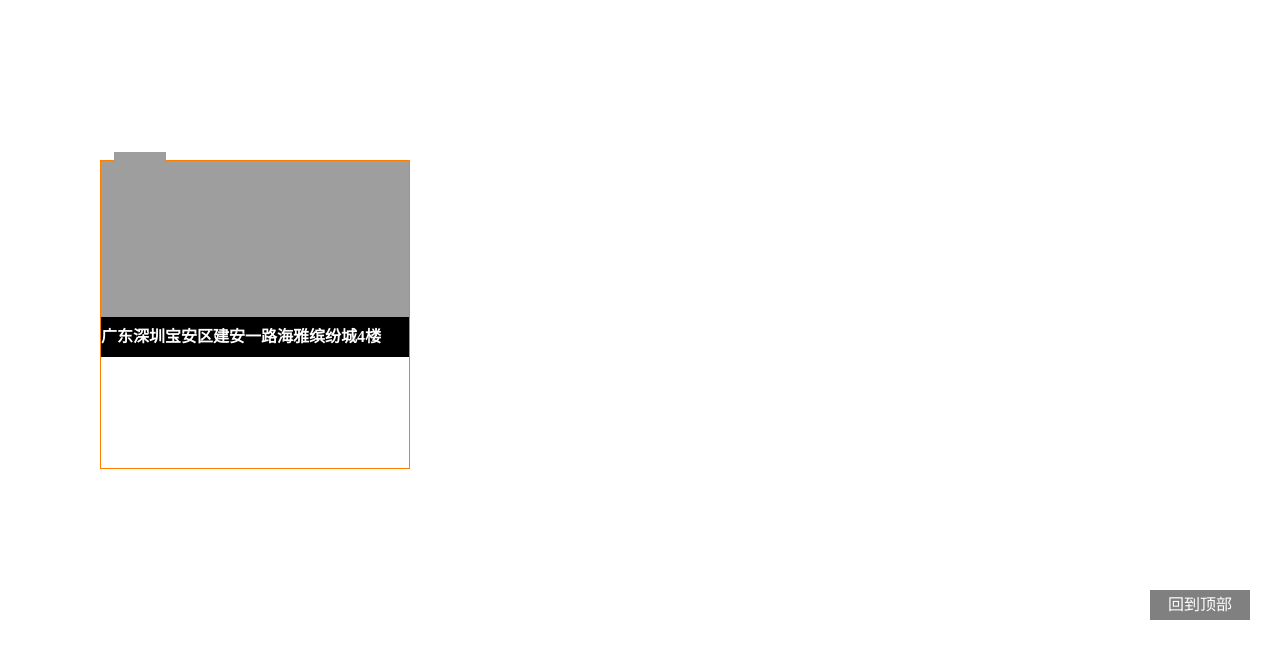
Repository: yuquan1006/-
Page: 02_css/08_定位属性.html
An editor plug-in stored every save of this project. The page is shown before and after the next save, followed by the edit.
The browser window is 1280 px wide. The pictures show the whole page.
Pictures or frames that could not be fetched are drawn as grey boxes.

Above is the page before, as saved 2023-06-28 16:35:59.

After the next save:
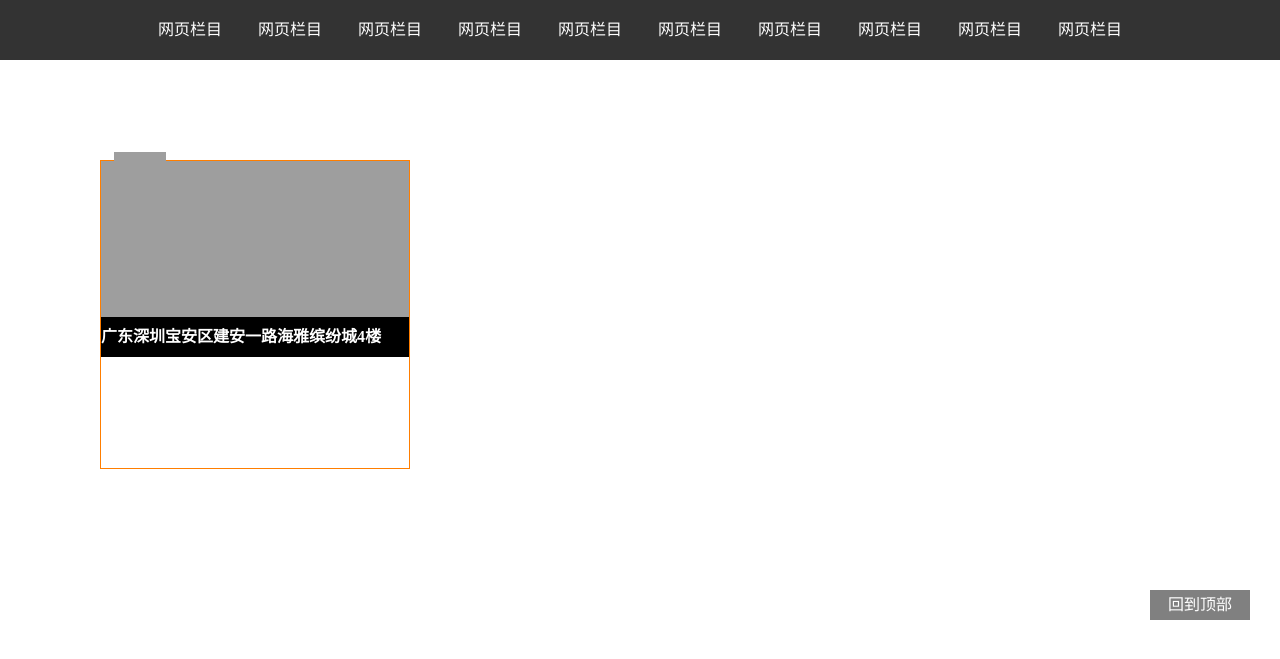
Saved 4 s later.
--- a/02_css/08_定位属性.html
+++ b/02_css/08_定位属性.html
@@ -163,6 +163,21 @@
 
     <div class="backtop">回到顶部
     </div>
-
+        <div class="nav">
+            <div class="inner_c">
+                <ul>
+                    <li><a href="#">网页栏目</a></li>
+                    <li><a href="#">网页栏目</a></li>
+                    <li><a href="#">网页栏目</a></li>
+                    <li><a href="#">网页栏目</a></li>
+                    <li><a href="#">网页栏目</a></li>
+                    <li><a href="#">网页栏目</a></li>
+                    <li><a href="#">网页栏目</a></li>
+                    <li><a href="#">网页栏目</a></li>
+                    <li><a href="#">网页栏目</a></li>
+                    <li><a href="#">网页栏目</a></li>
+                </ul>
+            </div>
+        </div>
 </body>
 </html>

After the save that followed:
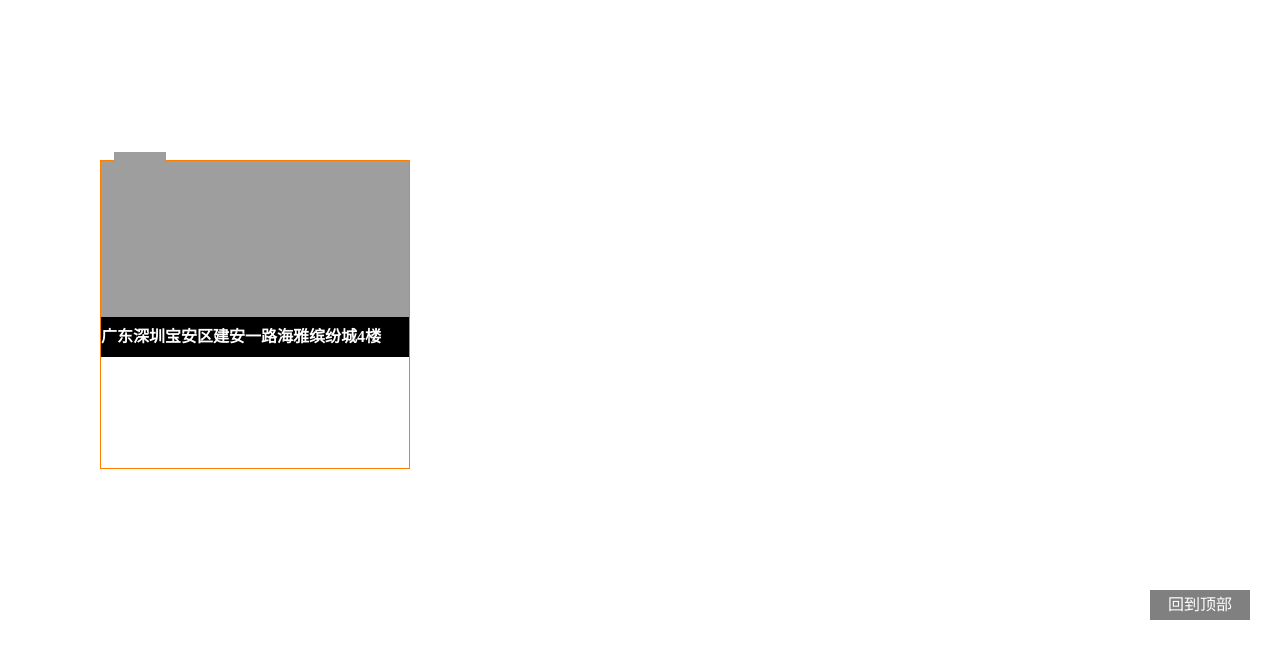
Saved 8 s later.
--- a/02_css/08_定位属性.html
+++ b/02_css/08_定位属性.html
@@ -163,21 +163,6 @@
 
     <div class="backtop">回到顶部
     </div>
-        <div class="nav">
-            <div class="inner_c">
-                <ul>
-                    <li><a href="#">网页栏目</a></li>
-                    <li><a href="#">网页栏目</a></li>
-                    <li><a href="#">网页栏目</a></li>
-                    <li><a href="#">网页栏目</a></li>
-                    <li><a href="#">网页栏目</a></li>
-                    <li><a href="#">网页栏目</a></li>
-                    <li><a href="#">网页栏目</a></li>
-                    <li><a href="#">网页栏目</a></li>
-                    <li><a href="#">网页栏目</a></li>
-                    <li><a href="#">网页栏目</a></li>
-                </ul>
-            </div>
-        </div>
+
 </body>
 </html>
